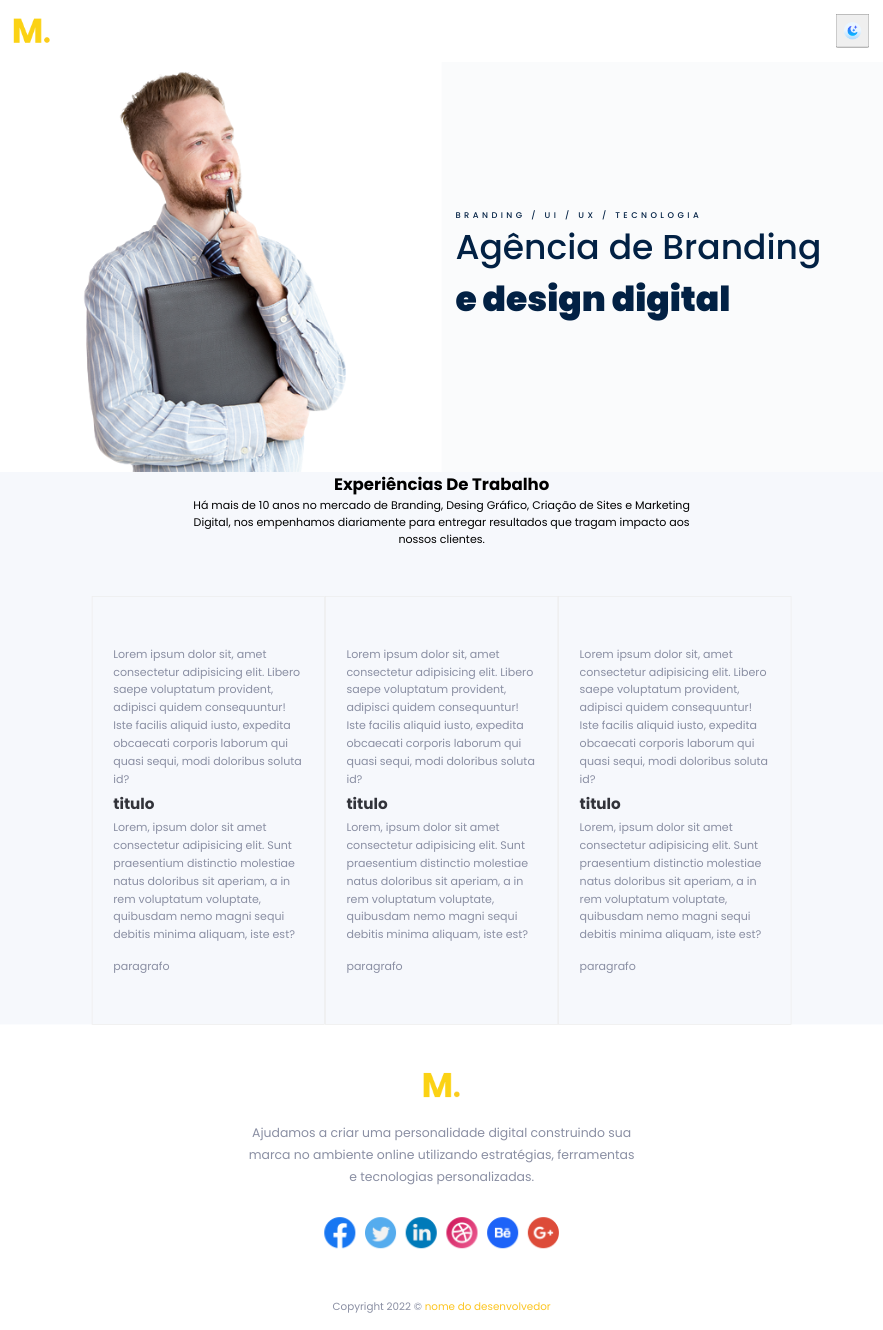
Repository: Daniells642/agencia-digital
Page: /
The author's editor kept a copy of each file at every save. The page is drawn from the files as they stood at one save, then again after the next save.
The browser window is 1280 px wide. The pictures show the whole page, at 69% of full size.
The project was rebuilt for these pictures with package versions that can differ from the ones it lists, and the page was loaded fresh each time.

Above is the page before, as saved 2022-12-02 22:38:34.

After the next save:
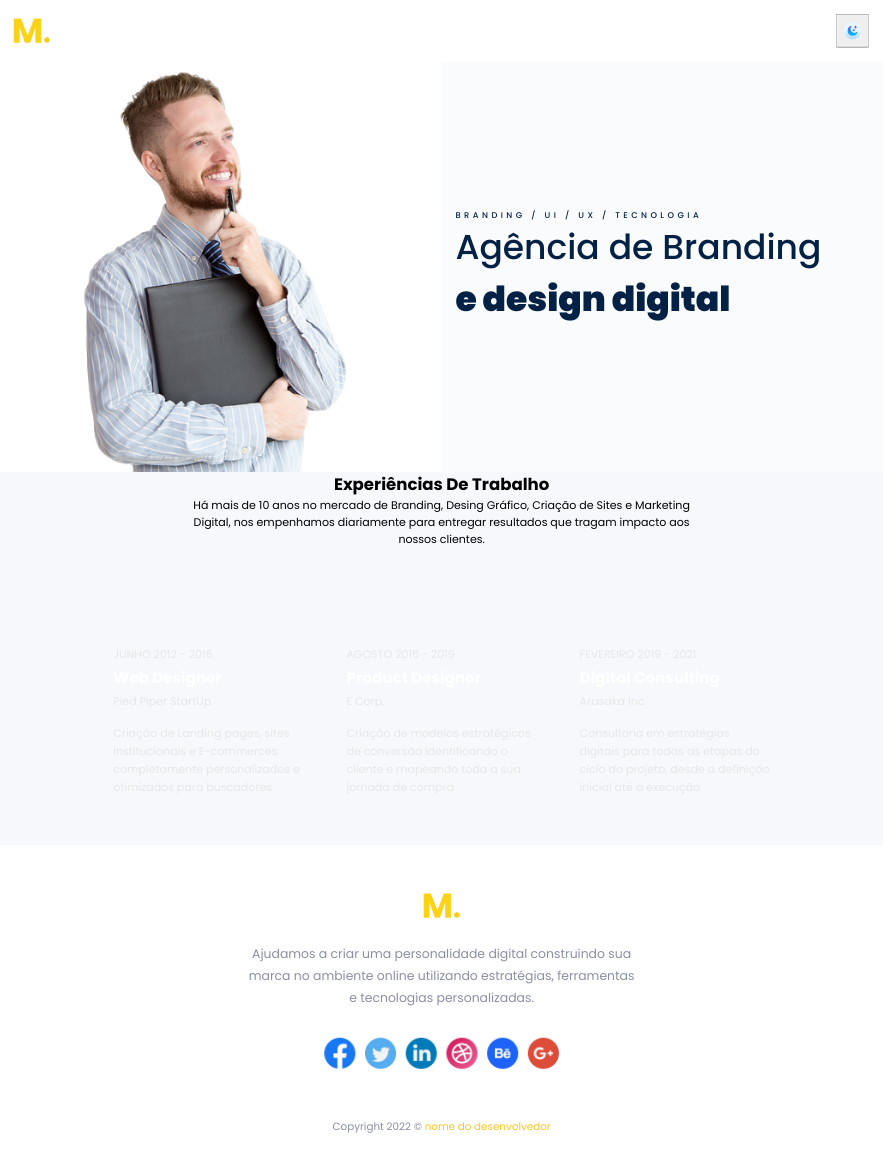
Saved 4 min 40 s later.
--- a/src/componentes/Card/index.jsx
+++ b/src/componentes/Card/index.jsx
@@ -2,11 +2,11 @@ import './style.css';
 
 export default function Card(props) {
     return (
-      <div id="card" className={props.ehTemaEscuro ? 'card-modo-escuro' : 'card-modo-claro'}>
-        <p className="primeiroParagrafo">Lorem ipsum dolor sit, amet consectetur adipisicing elit. Libero saepe voluptatum provident, adipisci quidem consequuntur! Iste facilis aliquid iusto, expedita obcaecati corporis laborum qui quasi sequi, modi doloribus soluta id?</p>
-        <h4>titulo</h4>
-        <p className="segundoParagrafo">Lorem, ipsum dolor sit amet consectetur adipisicing elit. Sunt praesentium distinctio molestiae natus doloribus sit aperiam, a in rem voluptatum voluptate, quibusdam nemo magni sequi debitis minima aliquam, iste est?</p>
-        <p>paragrafo</p>
+      <div id="card" className={props.ehTemaEscuro ? 'card-modo-claro' : 'card-modo-escuro'}>
+        <p className="primeiroParagrafo">{props.data}</p>
+        <h4>{props.titulo}</h4>
+        <p className="segundoParagrafo">{props.empresa}</p>
+        <p>{props.paragrafo}</p>
     </div>
    );
   }
